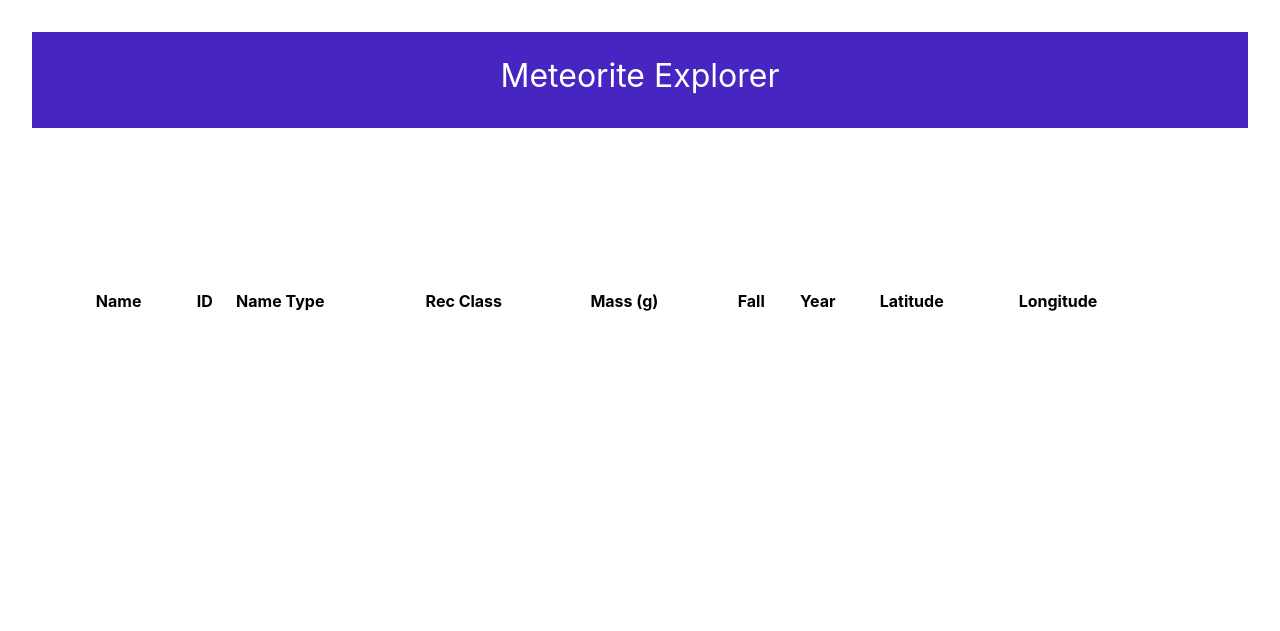
Repository: Tsardines/meteorite-explorer
Page: / (app in meteorite-explorer/)
An editor plug-in stored every save of this project. The page is shown before and after the next save, followed by the edit.
The browser window is 1280 px wide. The pictures show the whole page.
The page's requests for data from a server got no answer. The project was rebuilt for these pictures with package versions that can differ from the ones it lists, and the page was loaded fresh each time. No one was signed in, and anything a server would have sent is missing.

Above is the page before, as saved 2019-05-27 16:56:46.

After the next save:
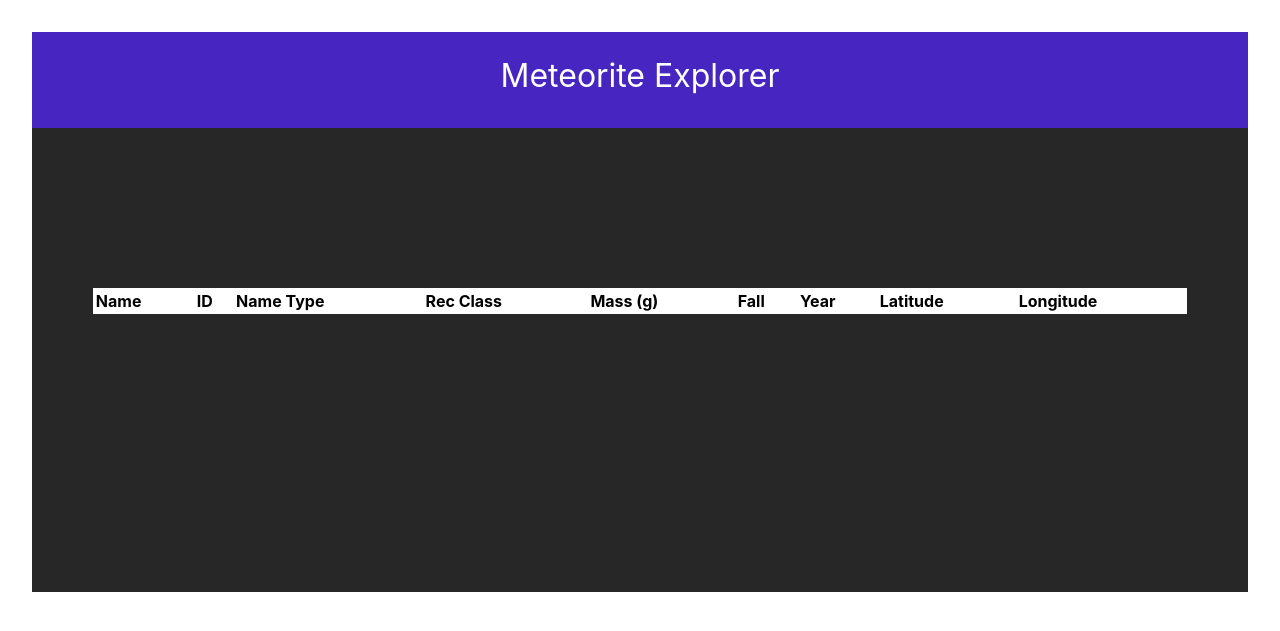
Saved 17 s later.
--- a/meteorite-explorer/src/App.css
+++ b/meteorite-explorer/src/App.css
@@ -1,5 +1,4 @@
 body {
-  /* background-color: rgb(39, 39, 39); */
   margin: 2rem;
 }
 
@@ -13,7 +12,7 @@ body {
 }
 
 .wrapper {
-  /* background-color: aqua; */
+  background-color: rgb(39, 39, 39);
   height: 35rem;
   overflow-y: scroll;
 }
